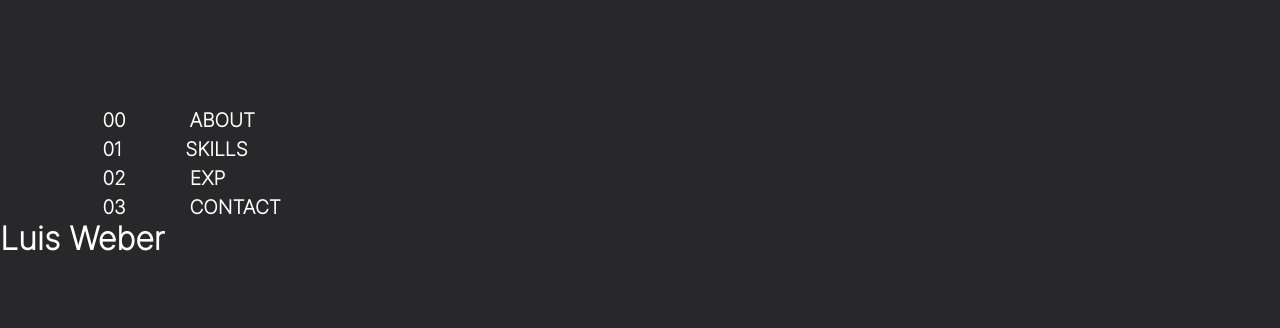
Repository: luiswh1/Portfolio
Page: /
An editor plug-in stored every save of this project. The page is shown before and after the next save, followed by the edit.
The browser window is 1280 px wide. The pictures show the whole page.
The project was rebuilt for these pictures with package versions that can differ from the ones it lists, and the page was loaded fresh each time.

Above is the page before, as saved 2023-05-25 19:38:38.

After the next save:
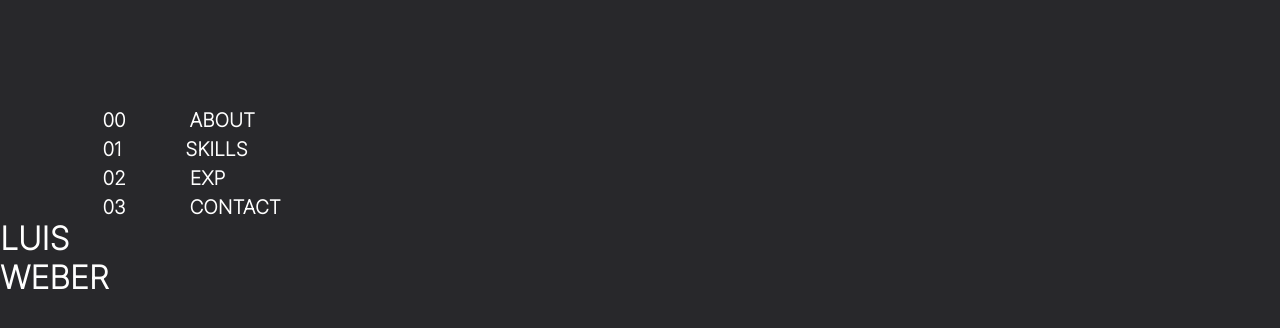
Saved 85 s later.
--- a/src/Pages/Home.tsx
+++ b/src/Pages/Home.tsx
@@ -6,7 +6,9 @@ const Home = () => {
   return (
     <Container>
       <IndexList />
-      <h1>Luis Weber</h1>
+
+    <h1>LUIS</h1>
+    <h1>WEBER</h1>
     </Container>
   );
 };
